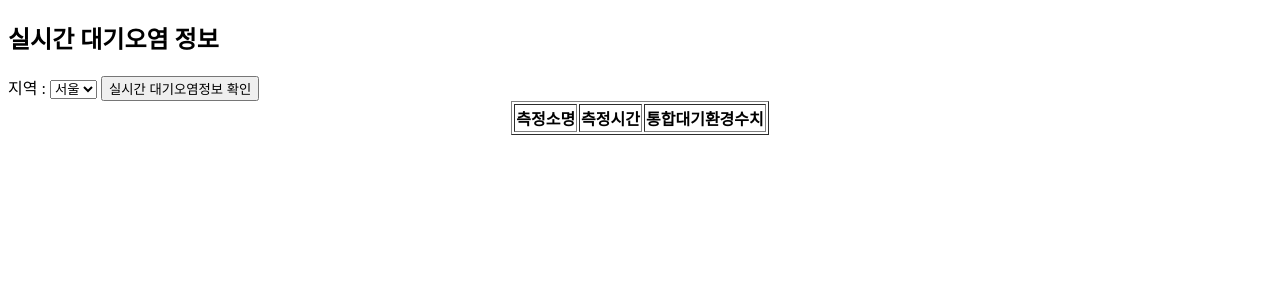
Repository: yeoneeeeeee/KH
Page: http://localhost/Opendata_Project/
The author's editor kept a copy of each file at every save. The page is drawn from the files as they stood at one save, then again after the next save.
The browser window is 1280 px wide. The pictures show the whole page.
The page is served by Tomcat 9. Other server files are loaded and not shown.

Above is the page before, as saved 2023-08-17 01:18:21.

### Spring-Workspace/Opendata_Project/src/main/webapp/index.jsp
<%@ page language="java" contentType="text/html; charset=UTF-8"
    pageEncoding="UTF-8"%>
<!DOCTYPE html>
<html>
<head>
<meta charset="UTF-8">
<title>Insert title here</title>
<script src="https://ajax.googleapis.com/ajax/libs/jquery/3.4.1/jquery.min.js"></script>
</head>
<body>

	<h2>실시간 대기오염 정보</h2>

	지역 :
	<select id="location">
		<option>서울</option>
		<option>부산</option>
		<option>대전</option>
		<option>대구</option>
		<option>경기</option>
	</select>


	<button id="btn1">실시간 대기오염정보 확인</button>

	<table id="result1" border="1" align="center">
		<thead>
			<tr>
				<th>측정소명</th>
				<th>측정시간</th>
				<th>통합대기환경수치</th>
			</tr>
		</thead>
	</table>

	<script>
		$(()=> {

			$("#btn1").click( () => {
				$.ajax({
					url : 'air.do',
					data : {"location" : $("#location").val() },
					success : function(data){
						//console.log(data);
					}
				})
			})
		})
	</script>














</body>
</html>

After the next save:
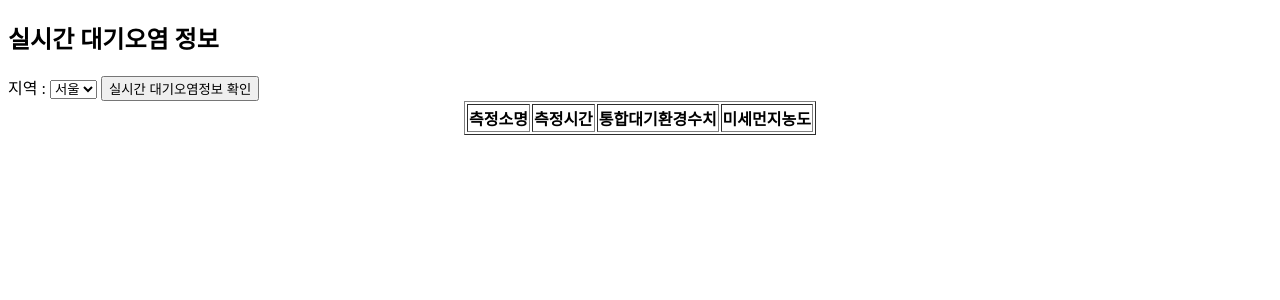
Saved 10 s later.
--- a/Spring-Workspace/Opendata_Project/src/main/webapp/index.jsp
+++ b/Spring-Workspace/Opendata_Project/src/main/webapp/index.jsp
@@ -29,6 +29,7 @@
 				<th>측정소명</th>
 				<th>측정시간</th>
 				<th>통합대기환경수치</th>
+				<th>미세먼지농도</th>
 			</tr>
 		</thead>
 	</table>
